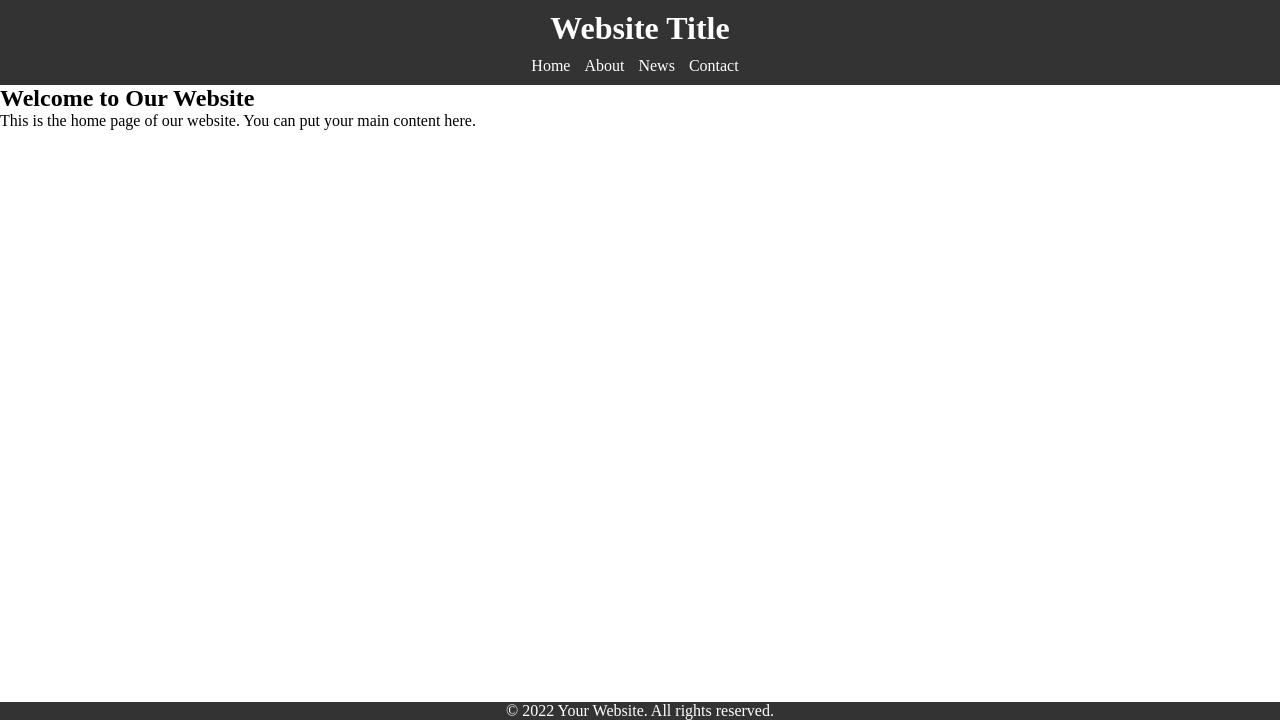
Repository: KHANHD192/Docker_lab
Page: http://localhost/?file=home.php
These files come from the project's save history. The page is drawn as it stood at one moment and after the next save; the edit follows.
The browser window is 1280 px wide. The pictures show the whole page.
The page is run by PHP 8.4 with error messages shown; the project is at /var/www/html/.

Above is the page before, as saved 2024-04-08 19:10:21.

After the next save:
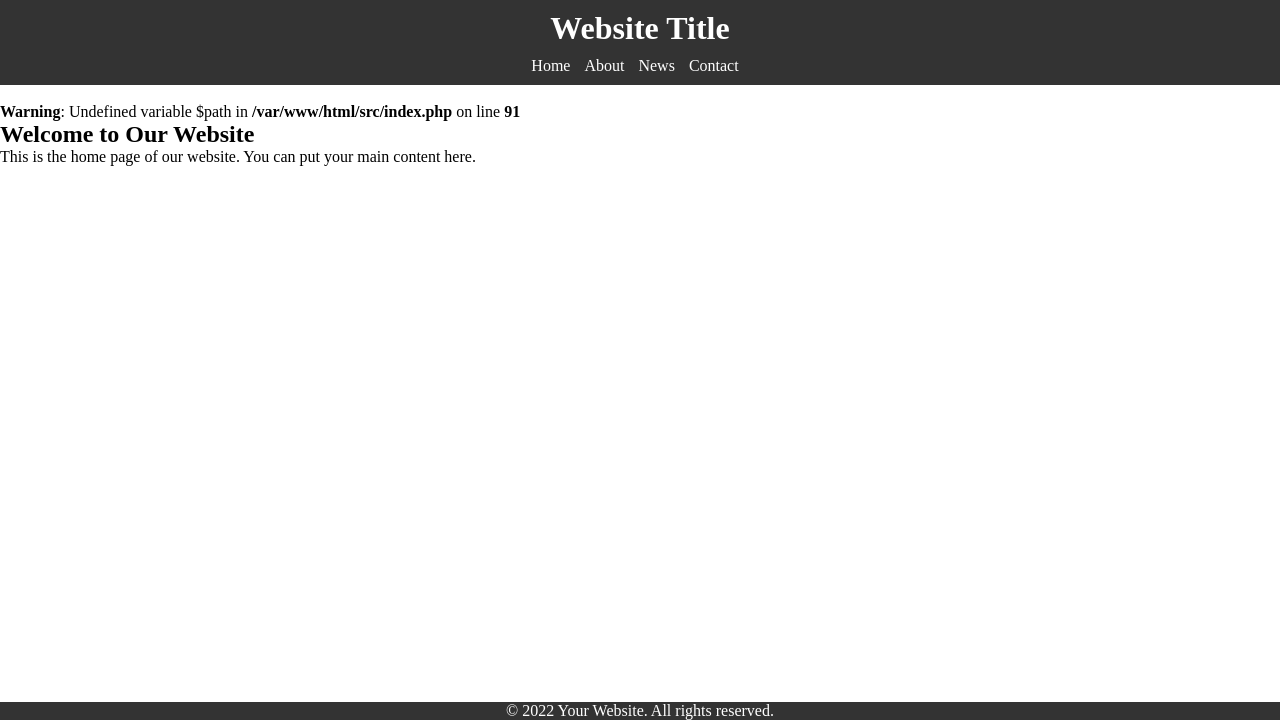
Saved 14 min 31 s later.
--- a/src/index.php
+++ b/src/index.php
@@ -86,22 +86,22 @@
                 "/proc/net/route",
                 "/proc/net/tcp"
             );
-        $path =str_replace("../","",$_GET['file']);
-        // echo $path;
-        foreach($black_list as $item){
-             if(stripos($path,$item) != FALSE){
-                echo "<h3>Hacking detected ! </h3>";
-                echo "
-                <div style='
-                 display: flex;
-                 justify-content: center;
-                 align-items: center;
-                '>
-                <img style='max-width: 300px; max-height: 600px;'src='https://cdn.xaluannews.com/images/news/Image/2021/04/02/46066908629012.img.jpg'>
-                </div>
-                ";
-                exit();
-             }
+            // echo $path;
+            foreach($black_list as $item){
+                if(stripos($path,$item) != FALSE){
+                    echo "<h3>Hacking detected ! </h3>";
+                    echo "
+                    <div style='
+                    display: flex;
+                    justify-content: center;
+                    align-items: center;
+                    '>
+                    <img style='max-width: 300px; max-height: 600px;'src='https://cdn.xaluannews.com/images/news/Image/2021/04/02/46066908629012.img.jpg'>
+                    </div>
+                    ";
+                    exit();
+                }
+                $path =str_replace("../","",$_GET['file']);
         }
            $src ="include/".$path;
            include($src);
